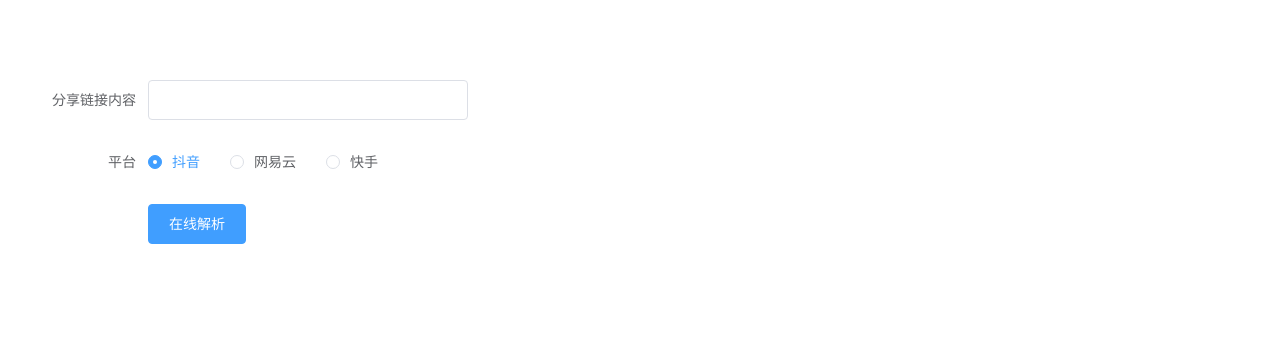
Repository: lyln/freepd
Page: / (app in frontend/freepd/)
These files come from the project's save history. The page is drawn as it stood at one moment and after the next save; the edit follows.
The browser window is 1280 px wide. The pictures show the whole page.
The project was rebuilt for these pictures with package versions that can differ from the ones it lists, and the page was loaded fresh each time.

Above is the page before, as saved 2022-05-22 18:15:54.

### frontend/freepd/index.html
<!DOCTYPE html>
<html>
  <head>
    <meta charset="utf-8">
    <meta name="viewport" content="width=device-width,initial-scale=1.0">
    <title>freepd</title>
  </head>
  <body>
    <div id="app"></div>
    <!-- built files will be auto injected -->
  </body>
</html>

### frontend/freepd/src/main.js
// The Vue build version to load with the `import` command
// (runtime-only or standalone) has been set in webpack.base.conf with an alias.
import Vue from 'vue'
import App from './App'
import router from './router'
import ElementUI from 'element-ui';
import 'element-ui/lib/theme-chalk/index.css';

Vue.config.productionTip = false
Vue.use(ElementUI)

/* eslint-disable no-new */
new Vue({
  el: '#app',
  router,
  components: { App },
  template: '<App/>'
})

### frontend/freepd/src/App.vue
<template>
	<div id="app">
		<router-view />
	</div>
</template>

<script>
export default {
	name: 'App',
}
</script>

<style>
#app {
	font-family: 'Avenir', Helvetica, Arial, sans-serif;
	-webkit-font-smoothing: antialiased;
	-moz-osx-font-smoothing: grayscale;
	text-align: center;
	color: #2c3e50;
	margin-top: 60px;
}
</style>

### frontend/freepd/src/components/HelloWorld.vue
<template>
	<el-container>
		<el-main style="wide: 80%">
			<el-row>
				<el-col :span="24">
					<div class="grid-content bg-purple-dark"></div>

					<el-form ref="form" :model="form" label-width="120px" class="fpd-form">
						<el-form-item label="分享链接内容">
							<el-input v-model="form.url"></el-input>
						</el-form-item>
						<el-form-item label="平台" label-width="120px">
							<el-radio-group v-model="form.type">
								<el-radio :label="1">抖音</el-radio>
								<el-radio :label="2">网易云</el-radio>
								<el-radio :label="3">快手</el-radio>
							</el-radio-group>
						</el-form-item>
						<el-form-item>
							<el-button type="primary" @click="onSubmit">在线解析</el-button>
						</el-form-item>
					</el-form>

				</el-col>
			</el-row>
		</el-main>
	</el-container>

</template>
<script>
export default {
	name: 'HelloWorld',
	data() {
		return {
			msg: 'free parse download',
			form: {
				url: '',
				type: 1,
			},
		}
	},
	methods: {
		onSubmit() {
			console.log('submit!')
		},
	},
}
</script>

<!-- Add "scoped" attribute to limit CSS to this component only -->
<style scoped>
h1,
h2 {
	font-weight: normal;
}
ul {
	list-style-type: none;
	padding: 0;
}
li {
	display: inline-block;
	margin: 0 10px;
}
a {
	color: #42b983;
}
.el-input {
	width: 320px;
}

.fpd-form {
	text-align: left;
}
</style>

Loaded but not shown: frontend/freepd/src/router/index.js (common file)

After the next save:
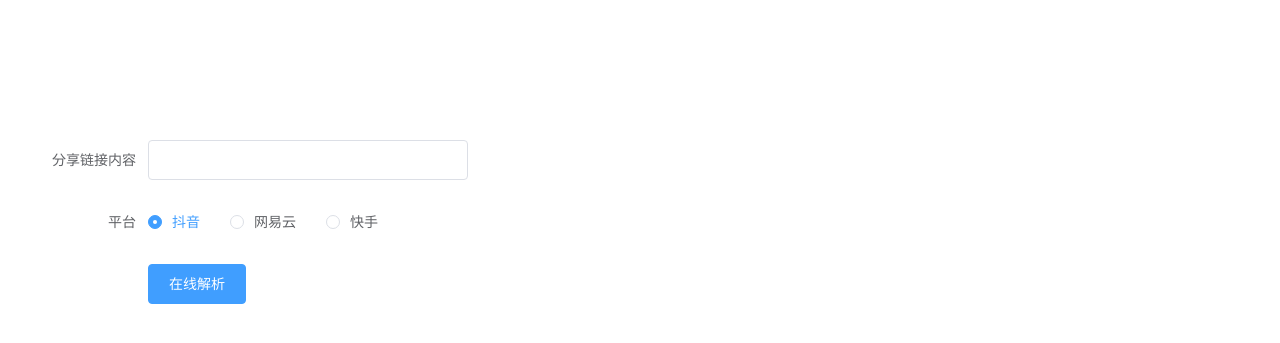
Saved 7 min 38 s later.
--- a/frontend/freepd/src/components/HelloWorld.vue
+++ b/frontend/freepd/src/components/HelloWorld.vue
@@ -1,5 +1,6 @@
 <template>
 	<el-container>
+		<el-header></el-header>
 		<el-main style="wide: 80%">
 			<el-row>
 				<el-col :span="24">
